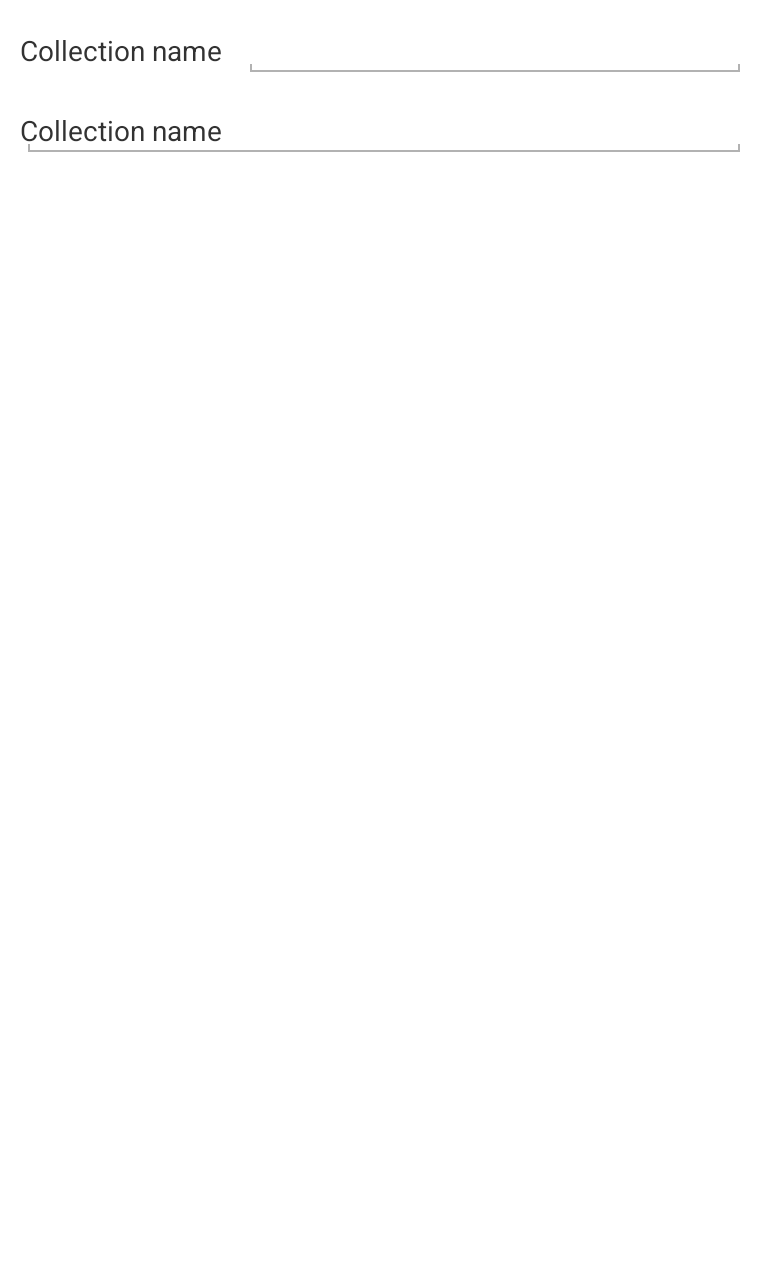
Repository: nqmtuan/RandomRandomizerAndroid
Layout: Workspace/RandomRandomizer/res/layout/create_edit_random_collection.xml
The author's editor kept a copy of each file at every save. The layout is drawn from the files as they stood at one save, then again after the next save.
It is drawn on a 768 x 1280 px phone screen (xhdpi) without system bars, with theme AppTheme; the app's code is not run.

Above is the layout before, as saved 2013-07-29 14:37:26.

After the next save:
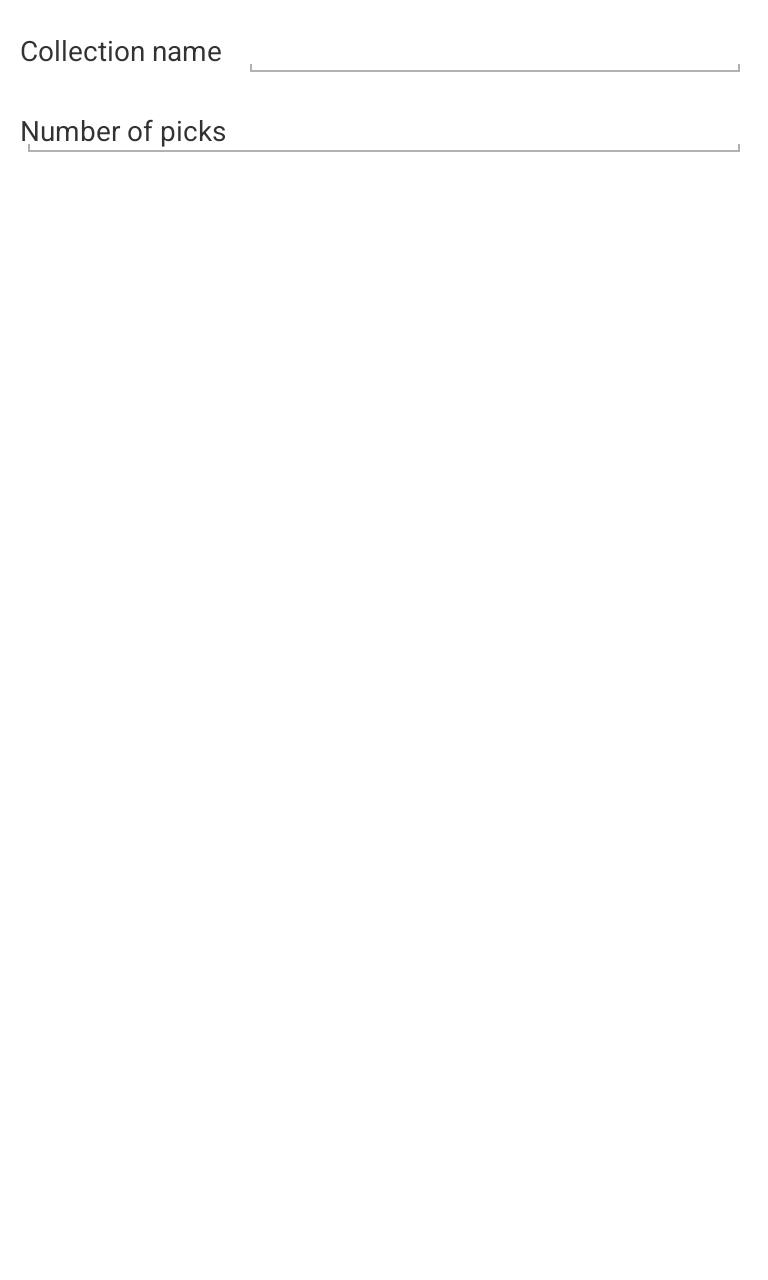
Saved 24 s later.
--- a/Workspace/RandomRandomizer/res/layout/create_edit_random_collection.xml
+++ b/Workspace/RandomRandomizer/res/layout/create_edit_random_collection.xml
@@ -41,13 +41,13 @@
 	        android:id="@+id/create_random_collection_nselection_text_view"
 	        android:layout_width="wrap_content"
 	        android:layout_height="wrap_content"
-	        android:text="@string/random_collection_name_label"
+	        android:text="@string/random_collection_nselection_label"
 	        android:layout_centerVertical="true"
 	        android:layout_marginLeft="10dp"
 	        />
 
 	    <EditText
-	        android:id="@+id/create_random_collection_name_edit_text"
+	        android:id="@+id/create_random_collection_nselection_edit_text"
 	        android:layout_width="fill_parent"
 	        android:layout_height="30dp"
 	        android:layout_toRightOf="@+id/create_random_collection_name_text_view"
